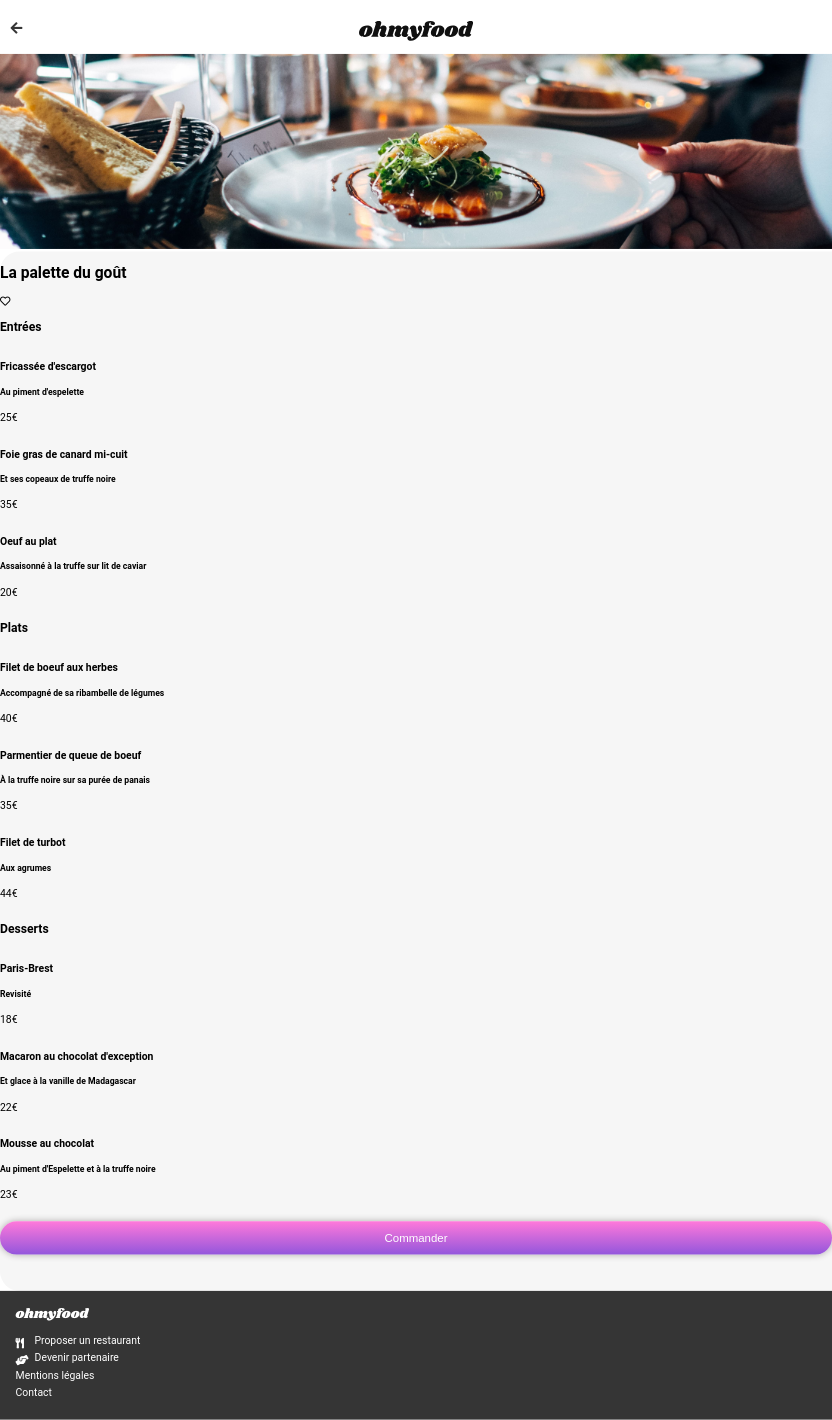
Repository: AlexisTisserand/AlexisTisserand_3_24112020
Page: menu-la-palette-du-gout.html
These files come from the project's save history. The page is drawn as it stood at one moment and after the next save; the edit follows.
The browser window is 1280 px wide. The pictures show the whole page, at 65% of full size.
Some web libraries are served in a nearby version. The style sheet was rebuilt from its Sass, Less or Tailwind sources for each picture, by a compiler version that may differ from the author's.

Above is the page before, as saved 2020-12-02 16:51:59.

### menu-la-palette-du-gout.html
<!DOCTYPE html>
<html lang="fr">

<head>
    <meta charset="UTF-8"/>
    <meta name="viewport" content="width=device-width, initial-scale=1">
    <meta name="descritpion" content="Menu - La palette du goût">
    <meta name="author" content="Alexis Tisserand">
    <link rel="stylesheet" href="https://use.fontawesome.com/releases/v5.4.1/css/all.css" integrity="sha384-5sAR7xN1Nv6T6+dT2mhtzEpVJvfS3NScPQTrOxhwjIuvcA67KV2R5Jz6kr4abQsz" crossorigin="anonymous">
    <link rel="stylesheet" href="style.css"/>
    <title>Menu - La palette du goût</title>
</head>
<body>

    <div id=bloc-page>

    <!--HEADER-->

    <header>
        <a href="index.html">
            <i class="fas fa-arrow-left"></i>
        </a>
        <div class="logo">
            <img src="images/logo/ohmyfood@2x.svg" alt="Logo ohmyfood"/>
        </div>
    </header>

    <section>

        <div class="restaurant-img">
            <img src="images/restaurants/la_palette_du_gout-min.jpg" alt="La Palette Du Goût"/>
        </div>

        <div class="restaurant-menu">
            <div class="restaurant-1-menu--titre">
                <h2>La palette du goût</h2>
                <i class="far fa-heart"></i>
            </div>

            <h3>Entrées</h3>

                <div class="restaurant-menu--plats">
                    <h4>Fricassée d'escargot</h4>
                    <h5>Au piment d'espelette</h5>
                    <p>25€</p>
                </div>

                <div class="restaurant-menu--plats">
                    <h4>Foie gras de canard mi-cuit</h4>
                    <h5>Et ses copeaux de truffe noire</h5>
                    <p>35€</p>
                </div>

                <div class="restaurant-menu--plats">
                    <h4>Oeuf au plat</h4>
                    <h5>Assaisonné à la truffe sur lit de caviar</h5>
                    <p>20€</p>
                </div>

            <h3>Plats</h3>

                <div class="restaurant-menu--plats">
                    <h4>Filet de boeuf aux herbes</h4>
                    <h5>Accompagné de sa ribambelle de légumes</h5>
                    <p>40€</p>
                </div>

                <div class="restaurant-menu--plats">
                    <h4>Parmentier de queue de boeuf</h4>
                    <h5>À la truffe noire sur sa purée de panais</h5>
                    <p>35€</p>
                </div>

                <div class="restaurant-menu--plats">
                    <h4>Filet de turbot</h4>
                    <h5>Aux agrumes</h5>
                    <p>44€</p>
                </div>

            <h3>Desserts</h3>

            <div class="restaurant-menu--plats">
                <h4>Paris-Brest</h4>
                <h5>Revisité</h5>
                <p>18€</p>
            </div>

            <div class="restaurant-menu--plats">
                <h4>Macaron au chocolat d'exception </h4>
                <h5>Et glace à la vanille de Madagascar</h5>
                <p>22€</p>
            </div>

            <div class="restaurant-menu--plats">
                <h4>Mousse au chocolat </h4>
                <h5>Au piment d'Espelette et à la truffe noire</h5>
                <p>23€</p>
            </div>

            <button class="description-ohmyfood-explorer" type="button">Commander</button>

        </div>
    </section>

    <footer>
        <h2>ohmyfood</h2>
        <div class="footer-img-text">
            <i class="fas fa-utensils"></i>
            <h3>Proposer un restaurant</h3>
        </div>
        <div class="footer-img-text">
            <i class="fas fa-hands-helping"></i>
            <h3>Devenir partenaire</h3>
        </div>
        <h3>Mentions légales</h3>
        <a href="mailto:ohmyfood@outlook.com"><h3>Contact</h3></a>
    </footer>

</body>
</html>

### sass/style.scss
@import "libs/fonts.scss";
@import "libs/media.scss";

/*COULEURS VARIABLES*/
$primary: #9356DC;
$secondary: #FF79DA;
$tertiary: #99E2D0;
$color-text: #353535;
$color-background: #f6f6f6;
$color-box-shadow :#e5e5e5;

/*VARIABLES TAILLE ET FONT FAMILY*/
$font-family: 'roboto', 'Raleway', 'Trebuchet MS', 'Lucida Sans Unicode', 'Lucida Grande', 'Lucida Sans', Arial, sans-serif;;
$size: 1rem;

/*Extensions*/
.box-shadow{
    box-shadow: 0px 0px 8px 1px $color-box-shadow;
    color: $color-text;
    border: none;
    border-radius: 25px;
    width: 350px;
    background-color: $color-background;
}

.cercle{
    background-color: $primary;
    color: white;
    padding: 8px;
    border-radius: 50px;
    margin-right: 25px;
    margin-left: -15px;
    width: 15px;
    height: 15px;
    text-align: center;
    align-content: center;
    font-size: $size;
    line-height: 15px;
    font-weight: light;
}

.transition-background{
    transition: background-color 200ms;
}

body{
    background-color: white;
    font-family: $font-family;
    margin: auto;
}

a{
    text-decoration: none;
    color: black;
}

#bloc-page{
    width: 100%;
    margin: auto;
    max-width: 2000px;
    min-width: 100px;
}

/*HEADER*/

header{
    text-align: center;
    .logo{
        margin-top: $size + 1rem;
        img{
            width: $size + 10rem;
        }
    }
}

.search-bar{
    display: flex;
    background-color: #EAEAEA;
    box-shadow: 0px -2px 5px 0px #CFCFCF;
    height: $size + 2rem;
    margin-top: 1rem;
    align-items: center;
    justify-content: center;
    .fas{
        font-size: $size;
        margin-bottom: 1rem;
    }
    .search-bar-button{
        color: $color-text;
        font-size: $size + 0.5rem;
    }
    .search-bar-text-input{
        outline: none;
        padding: 0;
        background-color: #EAEAEA;
        border: none;
        color: $color-text;
        font-size: $size;
        font-weight: bold;
        text-align: center;
        width: 180px;
    }
}

/*SECTION DESCRIPTION*/

#description-ohmyfood{
    display: flex;
    flex-direction: column;
    background-color: $color-background;
    align-items: center;
    text-align: center;
    h2{
        font-size: $size + 0.7rem ;
        padding: $size;
        margin-bottom: 0;
        margin-top: $size + 0.5rem;
    }
    h3{
        font-size: $size + 0.2rem ;
        font-weight: 300;
        margin-top: 0;
        padding: $size - 0.5rem, $size + 1rem ;
    }
}

button{
    font-size: $size + 0.1rem;
    margin-top: $size;
    font-weight: normal;
    color: white;
    background: linear-gradient($secondary, $primary);
    position: relative;
    border: none;
    box-shadow: 0px 0px 10px 1px #b6b3b3;
    border-radius: 40px;
    padding: 15px 20px;
    margin-bottom: $size + 2.5rem;
    transition: transform cubic-bezier(1,0,0,1) 500ms, background 500ms, ;
    &:hover{
        background: lighten($color: $secondary, $amount: 5);
        box-shadow: 0px 0px 7px 3px #484B4C;
        transform: scale(1.1);
        cursor: pointer;
    }
    &:active{
        border-style: none;
    }
    &:focus{
        outline:none;
    }
}

/*FONCTIONNEMENT*/

#fonctionnement{
    display: flex;
    align-items: center;
    flex-direction: column;
    background-color: white;
    h2{
        margin: 3*$size $size $size;
    }
    ul{
        padding: 10px;
        margin-top: - $size;
    }
}

.fonctionnement-nav{
    display: flex;
    flex-wrap: wrap;
    justify-content: space-around;
    &-etape{
        display: flex;
        flex-direction: row;
        align-items: center;
        margin: 15px 30px ;
        @extend .transition-background;
        @extend .box-shadow;
        &:hover{
        background-color: rgba($color:$primary, $alpha: 0.15);
        cursor: pointer;
        &:hover .fas{
        color: $primary;
        }
    }
    h5{
        @extend .cercle;
    }
    .fas{
        margin-right: 15px;
        color: #7e7e7e;
        font-size: $size + 0.2rem;
        margin-right: $size;
        }
    }
    &-etape.active{
        background-color: rgba($color:$primary, $alpha: 0.15);
        .fas{
            color: $primary;
        }
    }
}

/*RESTAURANTS*/

#restaurants{
    display: flex;
    flex-direction: column;
    background-color: $color-background;
    h2{
        margin: 3*$size $size $size;
    }
}

.card-restaurant{
    display: flex;
    position: relative;
    z-index: 1;
    flex-direction: column;
    background-color: white;
    border-radius: 20px;
    box-shadow: 0px 0px 8px 1px $color-box-shadow;
    margin: 15px;
    box-sizing: border-box;
    transition: ease-in-out 200ms;
    &:hover{
        transform: scale(1.01);
    }
    img{
    height: 200px;
    position: relative;
    z-index: 1;
    object-fit: cover;
    width: 100%;
    border-radius: 1rem 1rem 0 0;
    }
    &-nouveau{
        background-color: $tertiary;
        color: #39a98e;
        position: absolute;
        top: 8px;
        right: 16px;
        padding: 7px;
        border-radius: 5px;
        z-index: 2;
    }
    &-legende{
        display: flex;
        flex-direction: row;
        justify-content: space-between;
        &-text{
            display: flex;
            flex-direction: column;
            margin-left: $size;
            h4{
                font-size: $size + 0.2rem;
                margin-top: $size;
                margin-bottom: 0;
            }
            h5{
                margin-top: 0.2 * $size;
                margin-bottom: $size;
                font-weight: 300;
                font-size: $size + 0.1rem;
            }
        }
        &-heart{
            align-self: center;
            margin-right: 2 * $size;
            .fas{
                color: white;
                &:hover{
                    background: red;
                }
            }
            .far{
                color: black;
                &:hover{
                    color:black
                }
            }
        }
    }
}

/*FOOTER*/

footer{
    padding: $size + 0.5rem;
    background-color: $color-text;
    color: white;
    h2{
        font-family: 'Shrikhand';
        font-weight: normal;
        font-size: $size + 0.3rem;
        margin-top: 0;
    }
    h3{
        margin: 0;
        font-weight: 400;
        margin-bottom: 0.5 * $size;
        font-size: initial;
    }
    .footer-img-text{
        display: flex;
        flex-direction: row;
        align-items: center;
        .fas{
            margin-right: $size;
            &.fa-hands-helping{
                margin-right: 0.58* $size;
            }
        }
    }
    a{
        color: white;
    }
}

/*********************************************************/
/*MEDIA QUERIES ACCUEIL*/
/*********************************************************/

/*LARGE DEVICES*/
@media screen and (min-width: 1268px){

    #restaurants{
        display: grid;
        grid-template-columns: repeat(4, 1fr);
        grid-template-rows: auto auto auto ;
        margin-bottom: 0px;
    }   h2{
        grid-column: 1/-1;
    }
}

/*MEDIUM DEVICES*/
@media screen and (max-width: 1267px){

    .fonctionnement-nav{
        justify-content: center;
        &-etape{
            width: 50%;
        }
    }

    #restaurants{
        display: grid;
        grid-template-columns: repeat(2, 1fr);
        grid-template-rows: auto auto auto ;
        h2{
            grid-column: 1/-1;
        }
    }
}

/*SMALL DEVICES*/
@media screen and (max-width: 934px){
    .fonctionnement-nav-etape{
        width: 100%;
    }

    #restaurants{
        display: grid;
        grid-template-columns: 1fr;
        grid-template-rows: auto auto auto ;
        h2{
            grid-column: 1/-1;
        }
    }

}

/*********************************************************/
/*MENU LA PALETTE DU GOÛT*/
/*********************************************************/


header{
    a{
        position: absolute;
        left: $size;
        color: $color-text;
        font-size: $size + 0.3rem;
    }
}

.restaurant-img{
    img{
        object-fit: cover;
        width: 100%;
        height: 300px;
        margin-top: $size;
    }
}

.restaurant-menu{
    background-color: $color-background;
    border-radius: 30px 0 0 30px;
    display: flex;
    flex-direction: column;
}

### sass/libs/fonts.scss
@font-face {
    font-family: 'robotoregular';
    src: url('Fonts/roboto/Roboto-Regular-webfont.eot');
    src: url('Fonts/roboto/Roboto-Regular-webfont.eot?#iefix') format('embedded-opentype'),
         url('Fonts/roboto/Roboto-Regular-webfont.woff2') format('woff2'),
         url('Fonts/roboto/Roboto-Regular-webfont.woff') format('woff'),
         url('Fonts/roboto/Roboto-Regular-webfont.ttf') format('truetype'),
         url('Fonts/roboto/Roboto-Regular-webfont.svg#robotoregular') format('svg');
    font-weight: normal;
    font-style: normal;

}

@font-face {
    font-family: 'Shrikhand';
    src: url('Fonts/Shrikhand-Regular.eot');
    src: url('Fonts/Shrikhand-Regular.eot?#iefix') format('embedded-opentype'),
        url('Fonts/Shrikhand-Regular.woff2') format('woff2'),
        url('Fonts/Shrikhand-Regular.woff') format('woff'),
        url('Fonts/Shrikhand-Regular.ttf') format('truetype'),
        url('Fonts/Shrikhand-Regular.svg#Shrikhand-Regular') format('svg');
    font-weight: normal;
    font-style: italic;
    font-display: swap;
}

@font-face {
    font-family: 'robotoblack_italic';
    src: url('Fonts/roboto/Roboto-BlackItalic-webfont.eot');
    src: url('Fonts/roboto/Roboto-BlackItalic-webfont.eot?#iefix') format('embedded-opentype'),
         url('Fonts/roboto/Roboto-BlackItalic-webfont.woff2') format('woff2'),
         url('Fonts/roboto/Roboto-BlackItalic-webfont.woff') format('woff'),
         url('Fonts/roboto/Roboto-BlackItalic-webfont.ttf') format('truetype'),
         url('Fonts/roboto/Roboto-BlackItalic-webfont.svg#robotoblack_italic') format('svg');
    font-weight: normal;
    font-style: normal;

}

@font-face {
    font-family: 'robotoblack';
    src: url('Fonts/roboto/Roboto-Black-webfont.eot');
    src: url('Fonts/roboto/Roboto-Black-webfont.eot?#iefix') format('embedded-opentype'),
         url('Fonts/roboto/Roboto-Black-webfont.woff2') format('woff2'),
         url('Fonts/roboto/Roboto-Black-webfont.woff') format('woff'),
         url('Fonts/roboto/Roboto-Black-webfont.ttf') format('truetype'),
         url('Fonts/roboto/Roboto-Black-webfont.svg#robotoblack') format('svg');
    font-weight: normal;
    font-style: normal;

}

### sass/libs/media.scss
@media screen and (max-width: 1266px){

    .fonctionnement-nav-etape{
        margin: 15px 10px;
    }

    .card-restaurants{
        width: 50%;
    }
}

After the next save:
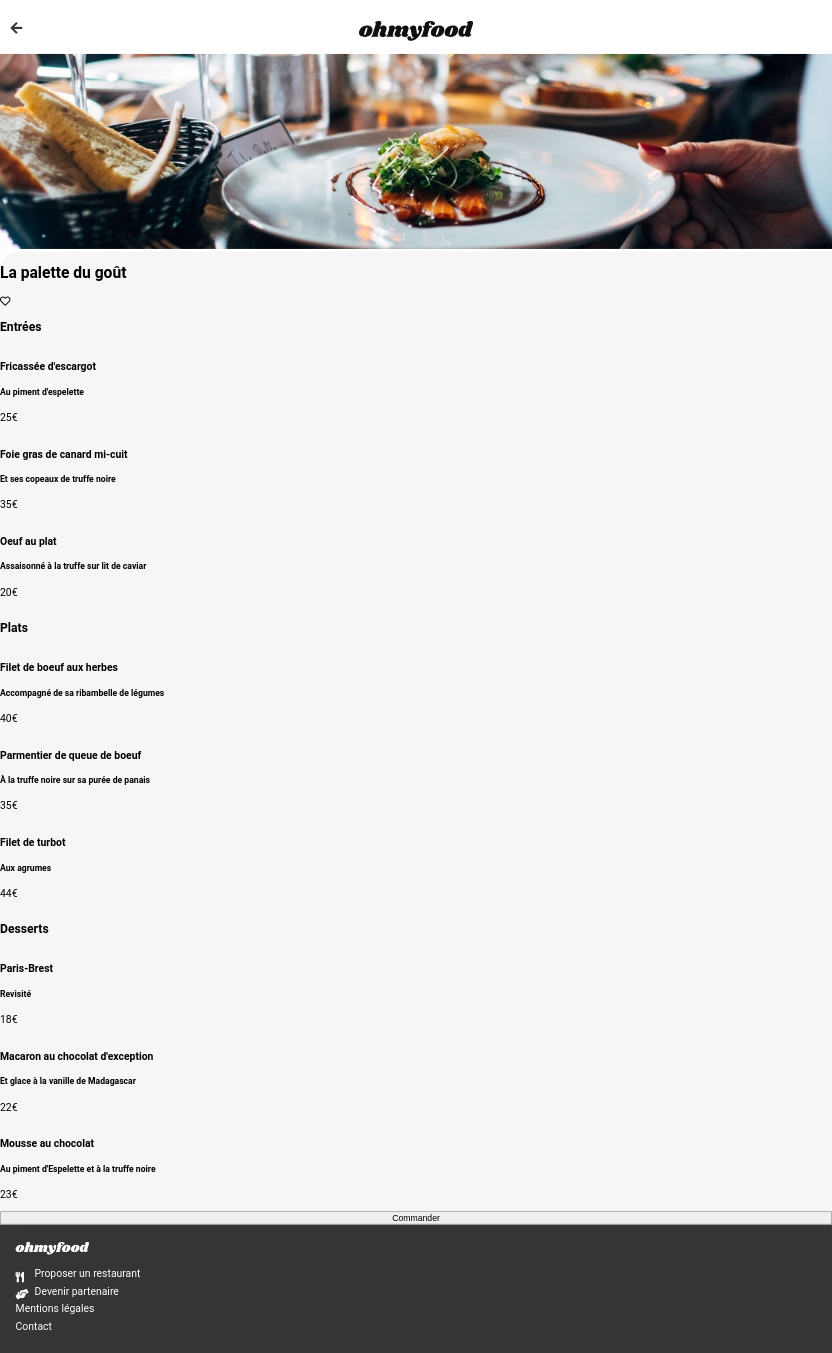
Saved 33 s later.
--- a/sass/style.scss
+++ b/sass/style.scss
@@ -122,33 +122,34 @@ header{
         margin-top: 0;
         padding: $size - 0.5rem, $size + 1rem ;
     }
-}
-
-button{
-    font-size: $size + 0.1rem;
-    margin-top: $size;
-    font-weight: normal;
-    color: white;
-    background: linear-gradient($secondary, $primary);
-    position: relative;
-    border: none;
-    box-shadow: 0px 0px 10px 1px #b6b3b3;
-    border-radius: 40px;
-    padding: 15px 20px;
-    margin-bottom: $size + 2.5rem;
-    transition: transform cubic-bezier(1,0,0,1) 500ms, background 500ms, ;
-    &:hover{
-        background: lighten($color: $secondary, $amount: 5);
-        box-shadow: 0px 0px 7px 3px #484B4C;
-        transform: scale(1.1);
-        cursor: pointer;
-    }
-    &:active{
-        border-style: none;
-    }
-    &:focus{
-        outline:none;
-    }
+    button{
+        font-size: $size + 0.1rem;
+        margin-top: $size;
+        font-weight: normal;
+        color: white;
+        background: linear-gradient($secondary, $primary);
+        position: relative;
+        border: none;
+        box-shadow: 0px 0px 10px 1px #b6b3b3;
+        border-radius: 40px;
+        padding: 15px 20px;
+        margin-bottom: $size + 2.5rem;
+        transition: transform cubic-bezier(1,0,0,1) 500ms, background 500ms, ;
+        &:hover{
+            background: lighten($color: $secondary, $amount: 5);
+            box-shadow: 0px 0px 7px 3px #484B4C;
+            transform: scale(1.1);
+            cursor: pointer;
+        }
+        &:active{
+            border-style: none;
+        }
+        &:focus{
+            outline:none;
+        }
+}
+
+
 }
 
 /*FONCTIONNEMENT*/
